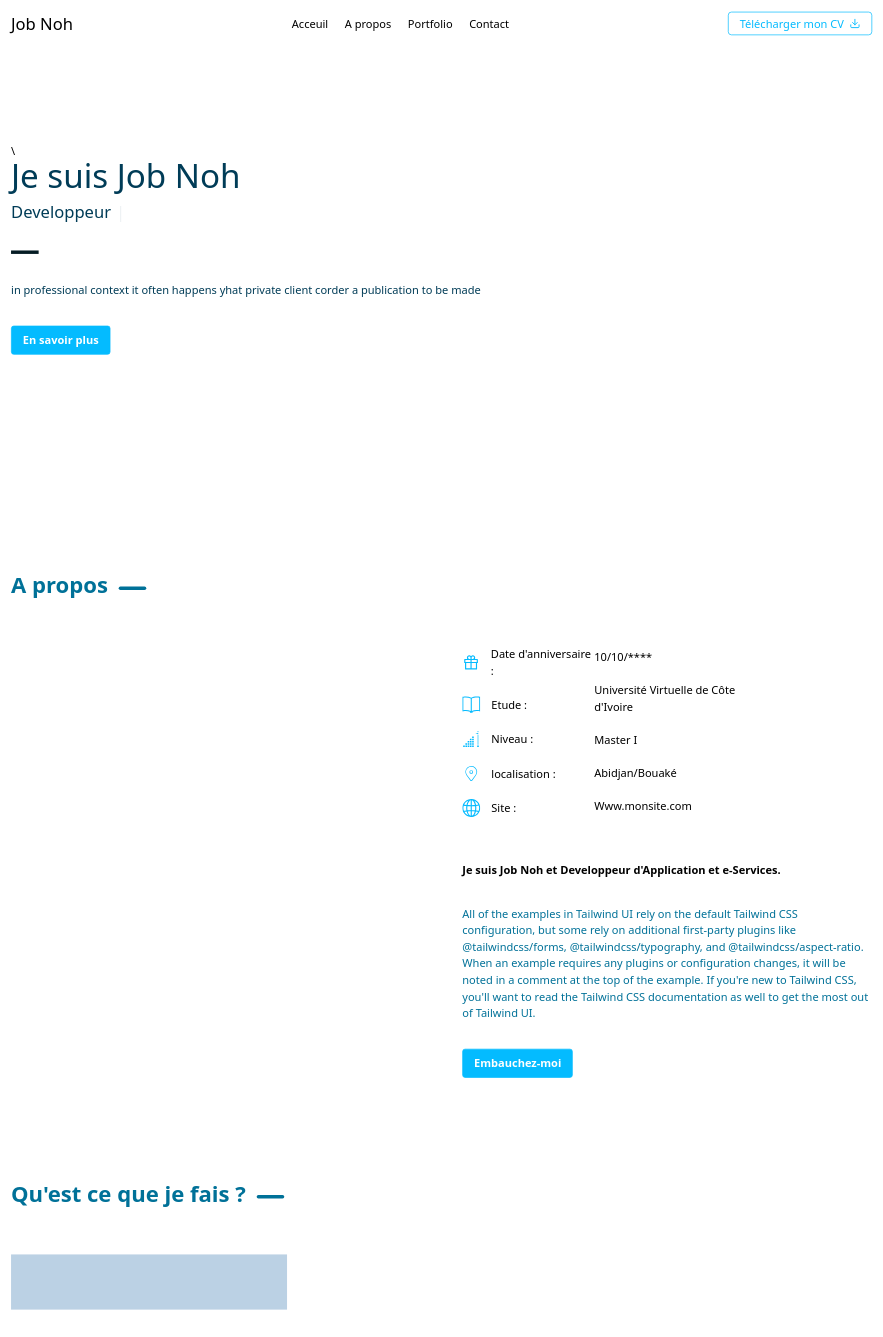
Repository: anoy1010/Nextportfolio
Page: /
An editor plug-in stored every save of this project. The page is shown before and after the next save, followed by the edit.
The browser window is 1280 px wide. The pictures show the whole page, at 69% of full size.
Backgrounds fixed to the window are drawn as part of the page. The project was rebuilt for these pictures with package versions that can differ from the ones it lists, and the page was loaded fresh each time. The framework's server and built-in components were replaced by stand-ins that run in the browser. Also part of the build but not shown: next.config.js, styles/Home.module.css.

Above is the page before, as saved 2023-03-06 18:20:54.

### pages/index.js
import Head from 'next/head'
import Image from 'next/image'
import { Inter } from '@next/font/google'
import styles from '../styles/Home.module.css'
import Navbar from '../components/Navbar'
import Hero from '../components/Hero'
import About from '../components/About'
import WhatIDo from '../components/WhatIDo'
const inter = Inter({ subsets: ['latin'] })

export default function Home() {
  return (
    <>
      <Head>
        <title>Portfolio | Noh Job</title>
        <meta name="description" content="Generated by create next app" />
        <meta name="viewport" content="width=device-width, initial-scale=1" />
        <link rel="icon" href="/favicon.ico" />
      </Head>

      <header>
        < Navbar />
      </header>

      <main>
        <Hero />
        <About />
        <WhatIDo />
      </main>

    </>
  )
}

### styles/globals.css
@tailwind base;
@tailwind components;
@tailwind utilities;

@layer components {
  .btn{
    @apply bg-[#04bbff] text-white py-2 px-4 rounded inline-block mt-10 font-bold border border-[#04bbff] hover:bg-transparent hover:text-[#04bbff] transition duration-200
  }
}

### components/Navbar.js
import Link from 'next/link'
import React from 'react'
import {FiDownload} from 'react-icons/fi'
import {RiMenu5Line} from 'react-icons/ri'

const Navbar = () => {
  return (
    <div className='bg-white fixed top-0 w-[100%] z-10 '>
        <div className='container mx-auto flex justify-between items-center py-4 px-4'>
            <div className='text-[24px]'>Job Noh</div>

            <div className='hidden md:flex gap-6'>

                <Link href='/Acceuil' className='hover:text-[#04bbff]'>
                    Acceuil
                </Link>
                <Link href='/A propos' className='hover:text-[#04bbff]' >
                    A propos
                </Link>
                <Link href='/Portfolio' className='hover:text-[#04bbff]'>
                    Portfolio
                </Link>
                <Link href='/Contact' className='hover:text-[#04bbff]'>
                    Contact
                </Link>



            </div>

            <a href='#' className='hidden  md:flex border border-[#04bbff] px-4 py-1 text-[#04bbff] rounded-[5px] items-center gap-2 hover:bg-[#04bbff] hover:text-white transition duration-200 '>
                Télécharger mon CV
                <FiDownload/>
                </a>

            <div className='md:hidden text-[24px] '>
                <RiMenu5Line/>
            </div>
        </div>
    </div>
  )
}

export default Navbar

### components/Hero.js
import React from 'react'

import Typewriter, { TypewriterClass } from "typewriter-effect"
import Button from '../components/Button'

const Hero = () => {
  return (
    <div className='bg-[url("")] h-screen bg-cover bg-center bg-fixed flex items-center'>
        <div className='container mx-auto px-4'>\
            <div className='max-x-[450px] text-[#003c57] flex flex-col gap-[40px]'>
                <div>
                    <h1 className='text-5xl'>
                        Je suis Job Noh
                    </h1>
                    <h4 className=' text-2xl mt-3'>
                        <Typewriter
                            options = {{
                                strings: [
                                    "Developpeur Front-end",
                                    "Developpeur Back-end",
                                    "Analyste de donnée",
                                    "Chef de projet",
                                    "Graphic designer",
                                    "Developpeur mobile"
                                ],
                                changeDelay:3,
                                changeDeleteSpeed:2,
                                autoStart:true,
                                loop:true,
                            }}
                        />
                    </h4>
                </div>

                <div className='bg-[#051c24] h-[5px] w-[40px] '>
                </div>

                <div>
                    <p>
                    in professional context it often happens yhat private client
                    corder a publication to be made
                    </p>
                    <Button link="#" text="En savoir plus" />
                </div>

            </div>

        </div>
    </div>
  )
}

export default Hero

### components/About.js
import React from 'react'
import Heading from './Heading'
import Button from './Button'


import {AiOutlineGift} from 'react-icons/ai'
import {TfiBook} from 'react-icons/tfi'
import {SlGlobe} from 'react-icons/sl'
import {CiLocationOn} from 'react-icons/ci'
import {GiLevelEndFlag} from 'react-icons/gi'

const About = () => {
  return (
    <section className='container mx-auto py-10 px-4'>

        <Heading title="A propos"/>

        <div className='grid grid-cols-1 md:grid-cols-2 gap-[60px]'>

            <div>
                <img className='w-[400px]' src="/" alt="" />
            </div>
            <div>
                <div className='flex items-center justify-between w-[450px]'>
                    <div className='flex flex-col gap-6'>

                        <div className='flex gap-4 items-center font-medium '>
                            <AiOutlineGift className='text-[#04bbff] text-[26px]' />
                            Date d'anniversaire :
                        </div>
                        <div className='flex gap-4 items-center font-medium '>
                            <TfiBook className='text-[#04bbff] text-[26px]' />
                            Etude :
                        </div>
                        <div className='flex gap-4 items-center font-medium '>
                            <GiLevelEndFlag className='text-[#04bbff] text-[26px]' />
                            Niveau :
                        </div>
                        <div className='flex gap-4 items-center font-medium '>
                            <CiLocationOn className='text-[#04bbff] text-[26px]' />
                            localisation :
                        </div>
                        <div className='flex gap-4 items-center font-medium '>
                            <SlGlobe className='text-[#04bbff] text-[26px]' />
                            Site :
                        </div>

                    </div>



                    <div className='flex flex-col gap-6 text-[#051c24]-600'>
                        <div>10/10/****</div>
                        <div>Université Virtuelle de Côte d'Ivoire</div>
                        <div>Master I</div>
                        <div>Abidjan/Bouaké</div>
                        <div>Www.monsite.com</div>


                    </div>

                </div>

                <div className='max-w-[800px]'>
                    <h2 className='font-bold mt-16 mb-10'>
                        Je suis Job Noh et Developpeur d'Application et e-Services.
                    </h2>
                    <p className='text-[#007198]'>
                         All of the examples in Tailwind UI rely on the default Tailwind CSS configuration, but some rely on additional first-party plugins like @tailwindcss/forms, @tailwindcss/typography, and @tailwindcss/aspect-ratio.

                        When an example requires any plugins or configuration changes, it will be noted in a comment at the top of the example.

                        If you're new to Tailwind CSS, you'll want to read the Tailwind CSS documentation as well to get the most out of Tailwind UI.

                    </p>
                    <Button link="#" text="Embauchez-moi"/>
                </div>
            </div>
        </div>

    </section>
  )
}

export default About

### components/WhatIDo.js
import React from 'react'
import Heading from './Heading'

const WhatIDo = () => {
  return (
    <section className='container mx-auto py-10 px-4'>
        <Heading title="Qu'est ce que je fais ?"/>
        <div className='grid grid-cols-1  md:grid-cols-3 gap-6'>
            <div className='Shadow-lgf flex flex-col gap-4 px-8 py-10 bg-[#0594]'>

            </div>

        </div>

    </section>
  )
}

export default WhatIDo

### components/Button.js
import React from 'react'

const Button = ({text, link}) => {
  return (
    <a href={link}className='btn'>{text}</a>
  )
}

export default Button

### components/Heading.js
import React from 'react'

const Heading = ({title}) => {
  return (
    <div className='text-[#007198] text-[32px] font-bold flex items-center gap-4 py-16'>
        {title}
        <div className='bg-[#007198] h-[5px] w-[40px] translate-y-1 rounded'></div>
    </div>
  )
}

export default Heading

Loaded but not shown: pages/_app.js (common file); pages/_document.js (common file); tailwind.config.js (common file)

After the next save:
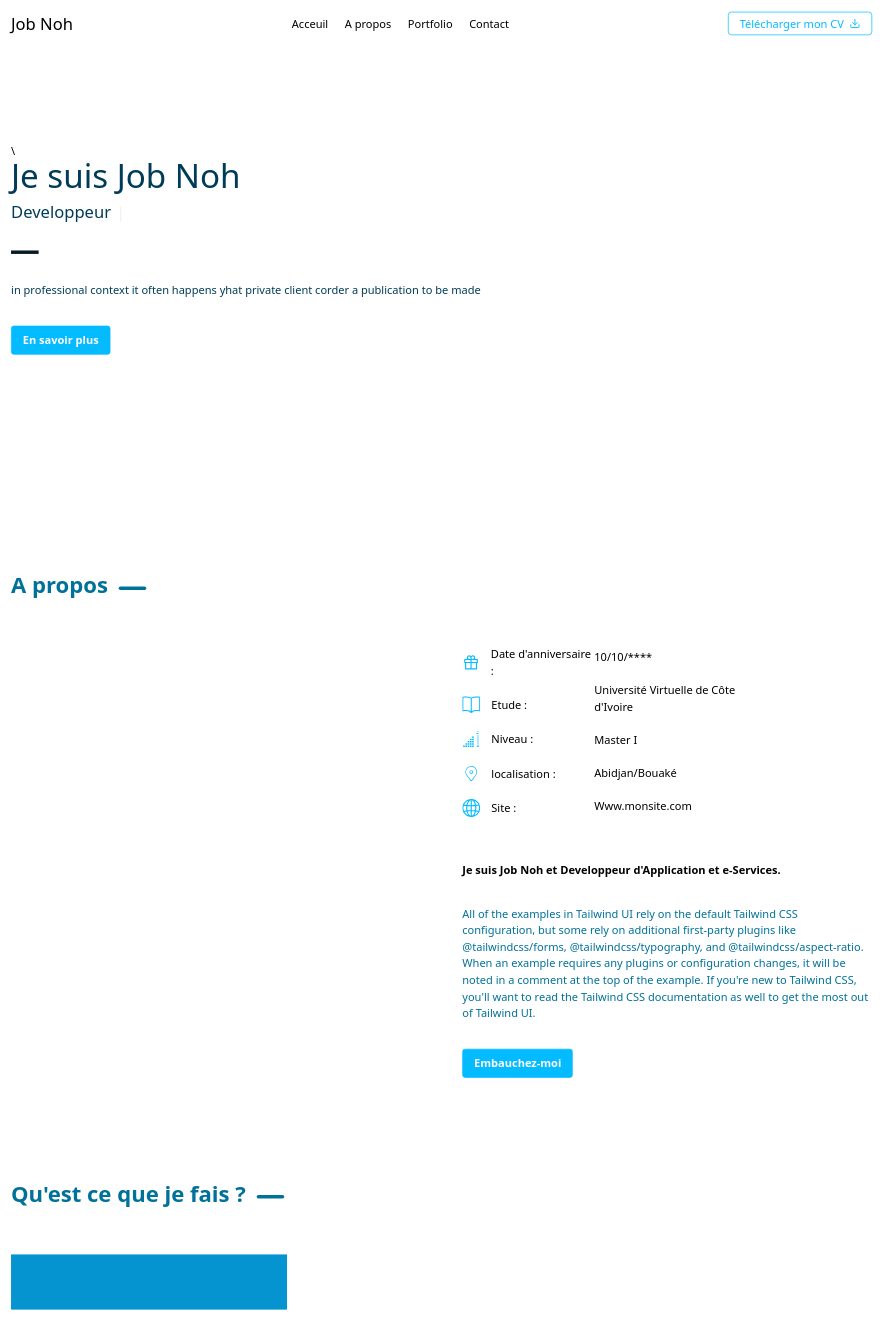
Saved 4 s later.
--- a/components/WhatIDo.js
+++ b/components/WhatIDo.js
@@ -6,7 +6,7 @@ const WhatIDo = () => {
     <section className='container mx-auto py-10 px-4'>
         <Heading title="Qu'est ce que je fais ?"/>
         <div className='grid grid-cols-1  md:grid-cols-3 gap-6'>
-            <div className='Shadow-lgf flex flex-col gap-4 px-8 py-10 bg-[#0594]'>
+            <div className='Shadow-lgf flex flex-col gap-4 px-8 py-10 bg-[#0594d0]'>
 
             </div>
 
